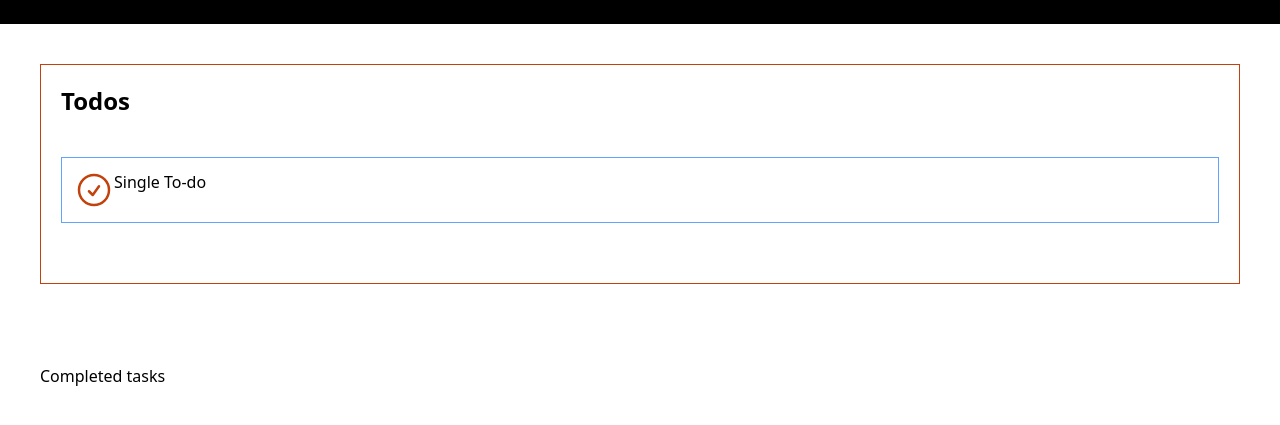
Repository: thekingisherenow/personalTodo
Page: /
An editor plug-in stored every save of this project. The page is shown before and after the next save, followed by the edit.
The browser window is 1280 px wide. The pictures show the whole page.
The project was rebuilt for these pictures with package versions that can differ from the ones it lists, and the page was loaded fresh each time. The framework's server and built-in components were replaced by stand-ins that run in the browser. Also part of the build but not shown: next.config.js, styles/Home.module.css.

Above is the page before, as saved 2022-12-15 15:14:26.

After the next save:
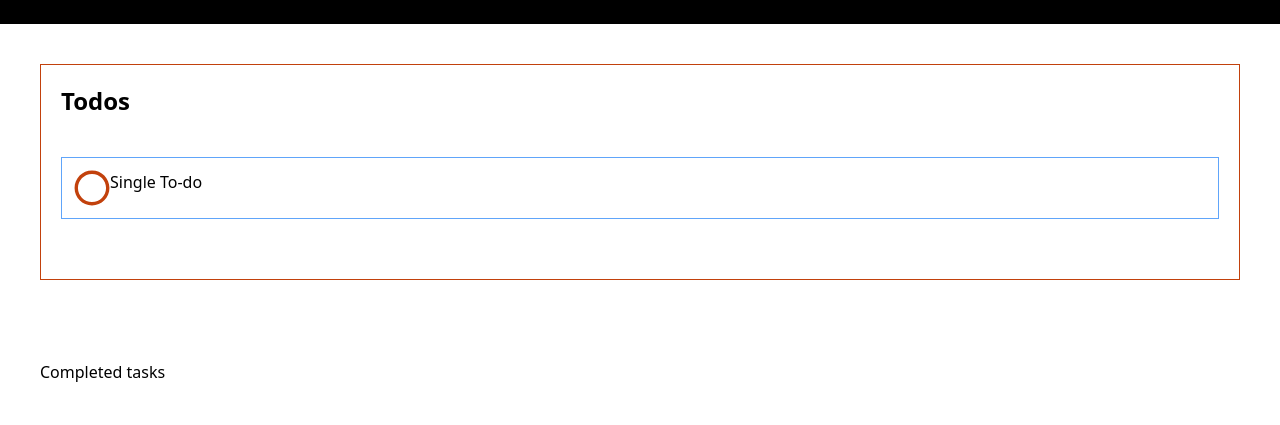
Saved 34 s later.
--- a/components/Todo.js
+++ b/components/Todo.js
@@ -9,9 +9,8 @@ function Todo() {
     <div className='border border-blue-400 p-3 my-10 flex'>
         { check?
 
-<FaRegCircle onMouseEnter={()=>setCheck(!check)}
- className='w-9 text-orange-700 h-9' />:
-<CheckCircleIcon className=' text-orange-700 w-10 h-10 ' />
+<CheckCircleIcon className=' text-orange-700 w-10 h-10 ' /> :
+<FaRegCircle onMouseEnter={()=>setCheck(!check)} className='w-9 text-orange-700 h-9' />
         }
       <span>Single To-do</span>
     </div>
